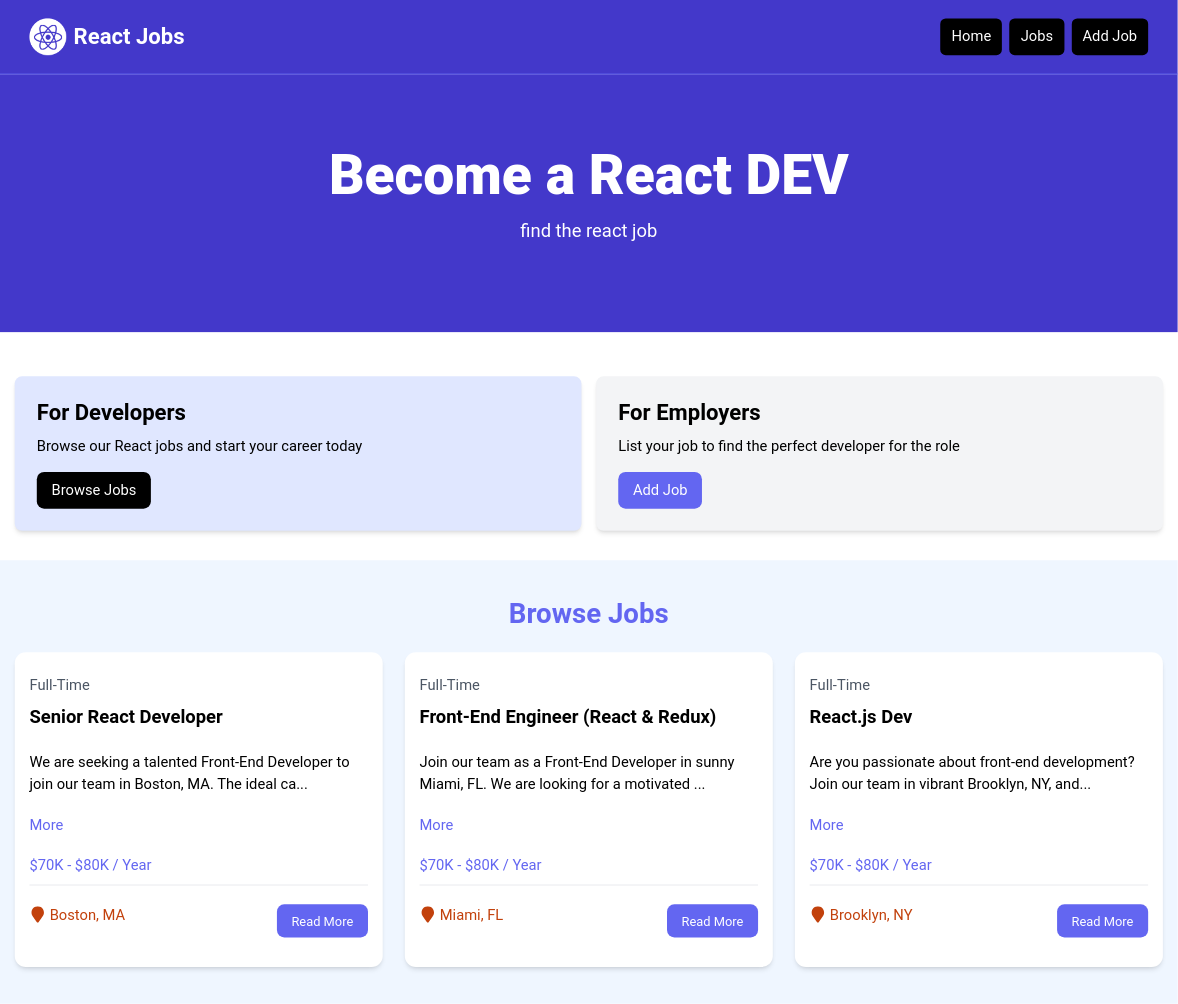
Repository: Geohot-2020/React_setup
Page: / (app in react-crash-2024/)
The author's editor kept a copy of each file at every save. The page is drawn from the files as they stood at one save, then again after the next save.
The browser window is 1280 px wide. The pictures show the whole page, at 92% of full size.
The project was rebuilt for these pictures with package versions that can differ from the ones it lists, and the page was loaded fresh each time. Also part of the build but not shown: react-crash-2024/vite.config.js, react-crash-2024/src/components/ViewAllJobs.jsx, react-crash-2024/src/pages/JobsPage.jsx, react-crash-2024/src/pages/NotFoundPage.jsx.

Above is the page before, as saved 2024-11-13 17:22:07.

After the next save:
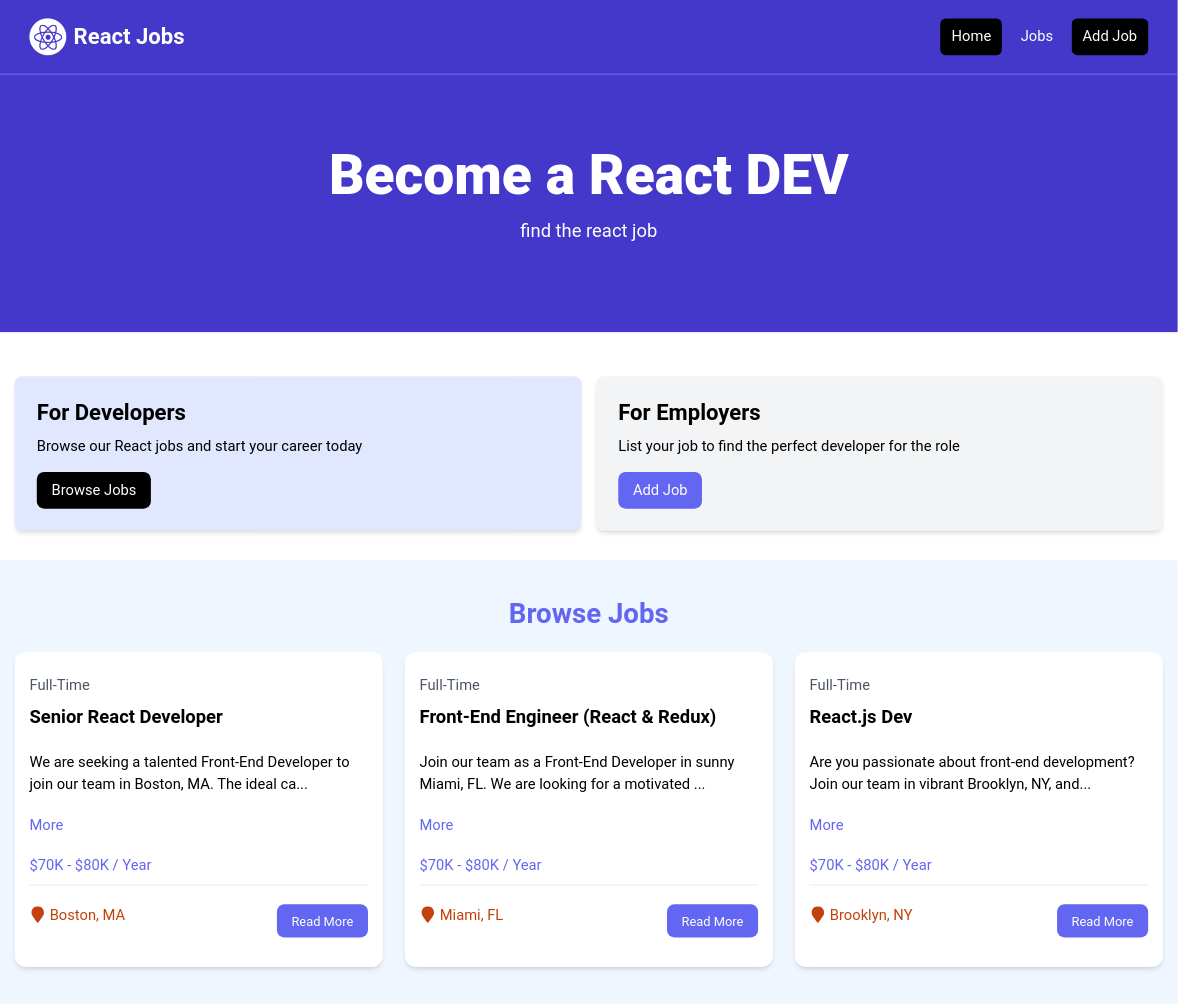
Saved 16 s later.
--- a/react-crash-2024/src/components/Navbar.jsx
+++ b/react-crash-2024/src/components/Navbar.jsx
@@ -33,7 +33,7 @@ const Navbar = () => {
                                 >
                                 <NavLink
                                     to="/jobs"
-                                    className={(isActive) => isActive ? 'bg-black text-white hover:bg-gray-900 hover:text-white rounded-md px-3 py-2' : 'text-white hover:bg-gray-900 hover:text-white rounded-md px-3 py-2'}
+                                    className={linkClass}
                                 >Jobs</NavLink
                                 >
                                 <NavLink
